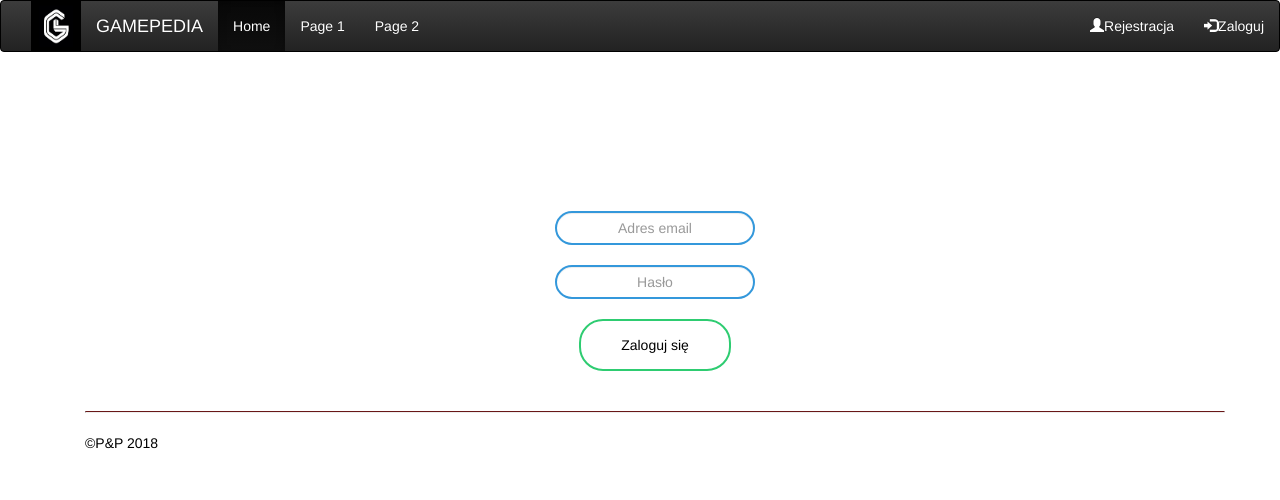
Repository: DaveDavMat/website
Page: http://localhost/logform.php
An editor plug-in stored every save of this project. The page is shown before and after the next save, followed by the edit.
The browser window is 1280 px wide. The pictures show the whole page.
Some web libraries are served in a nearby version. The page is run by PHP 8.4 with error messages shown; the project is at /var/www/html/.

Above is the page before, as saved 2018-11-27 19:10:11.

After the next save:
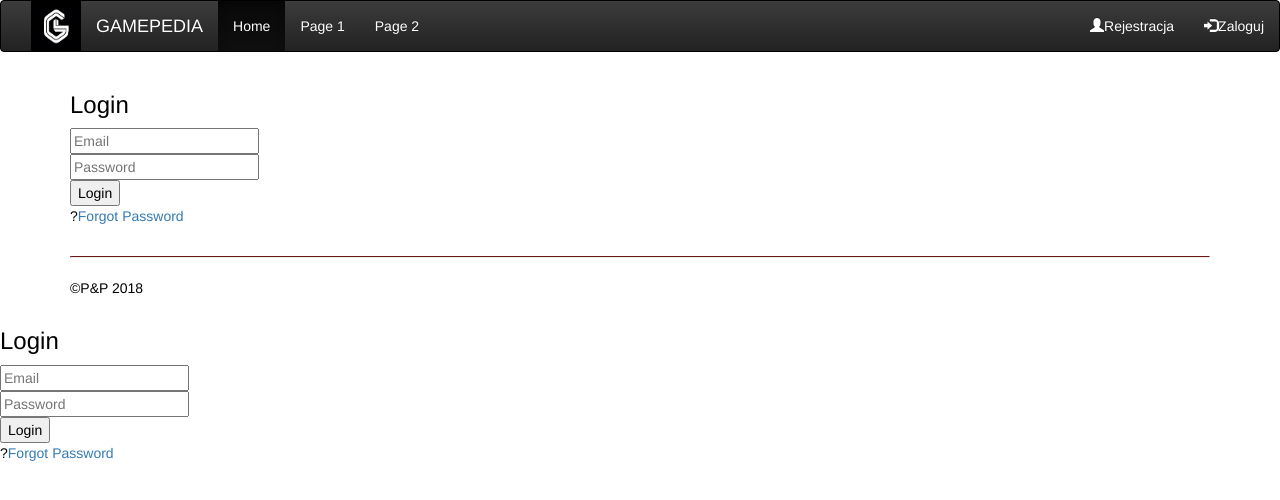
Saved 11 min 53 s later.
--- a/logform.php
+++ b/logform.php
@@ -34,21 +34,79 @@
 <div class="container">
 
 
-    <div class="container">
-        <form method="POST" action="zaloguj.php" class="box" role="form">
-                             <div>
-                                 <h1>Login</h1>
-                                  <input type="text" placeholder="Adres email" class="form-control" name="email">
-                              </div>
-                             <div class="form-group">
-                                 <input type="password" placeholder="Hasło" class="form-control" name="password">
-                             </div>
-                             <input type="submit" class="btn" value="Zaloguj się">
+   <div class="align">
 
-                        </form>
+  <div class="grid">
+
+    <form action="zaloguj.php" method="POST" class="form login" role="form">
+
+      <header class="login__header">
+        <h3 class="login__title">Login</h3>
+      </header>
+
+      <div class="login__body">
+
+        <div class="form__field">
+          <input type="email" name="email" placeholder="Email" required>
+        </div>
+
+        <div class="form__field">
+          <input type="password" name="password" placeholder="Password" required>
+        </div>
+
+      </div>
+
+      <footer class="login__footer">
+        <input type="submit" value="Login">
+
+        <p><span class="icon icon--info">?</span><a href="#">Forgot Password</a></p>
+      </footer>
+
+    </form>
+
+  </div>
+
+</div>
 
     </div>
 
       <?php
         require('foot.php');
         ?>
+
+
+
+
+<div class="align">
+
+  <div class="grid">
+
+    <form action="zaloguj.php" method="POST" class="form login" role="form">
+
+      <header class="login__header">
+        <h3 class="login__title">Login</h3>
+      </header>
+
+      <div class="login__body">
+
+        <div class="form__field">
+          <input type="email" name="email" placeholder="Email" required>
+        </div>
+
+        <div class="form__field">
+          <input type="password" name="password" placeholder="Password" required>
+        </div>
+
+      </div>
+
+      <footer class="login__footer">
+        <input type="submit" value="Login">
+
+        <p><span class="icon icon--info">?</span><a href="#">Forgot Password</a></p>
+      </footer>
+
+    </form>
+
+  </div>
+
+</div>
